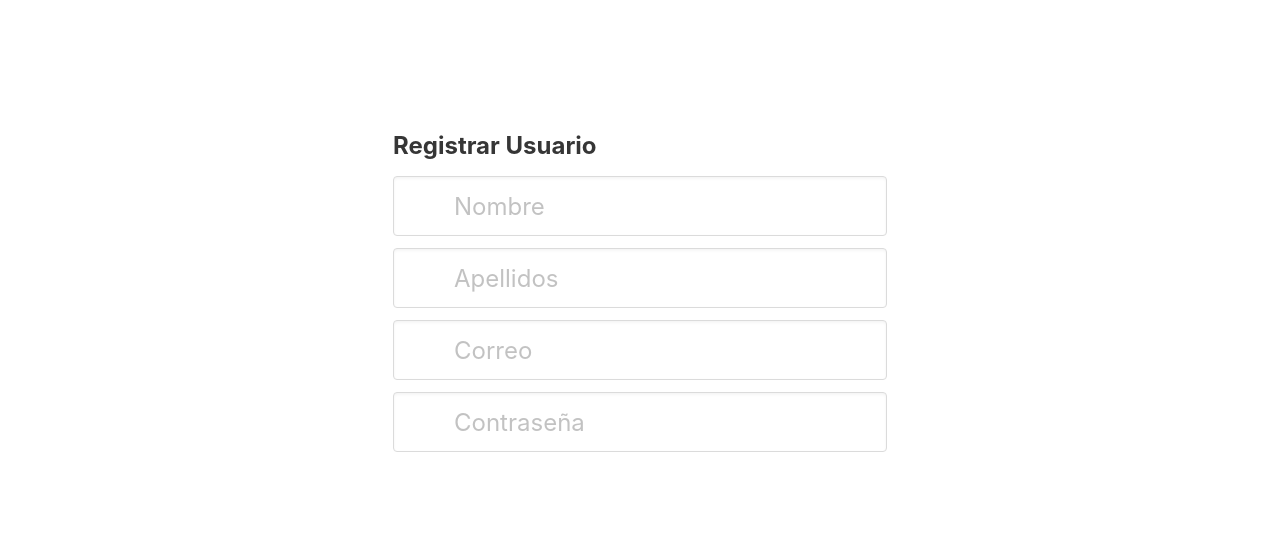
Repository: Spawnbig/ProyectoEspTec1
Page: /
The author's editor kept a copy of each file at every save. The page is drawn from the files as they stood at one save, then again after the next save.
The browser window is 1280 px wide. The pictures show the whole page.
The project was rebuilt for these pictures with package versions that can differ from the ones it lists, and the page was loaded fresh each time. Also part of the build but not shown: vite.config.js, src/views/Dashboard.vue.

Above is the page before, as saved 2022-07-08 21:54:17.

After the next save:
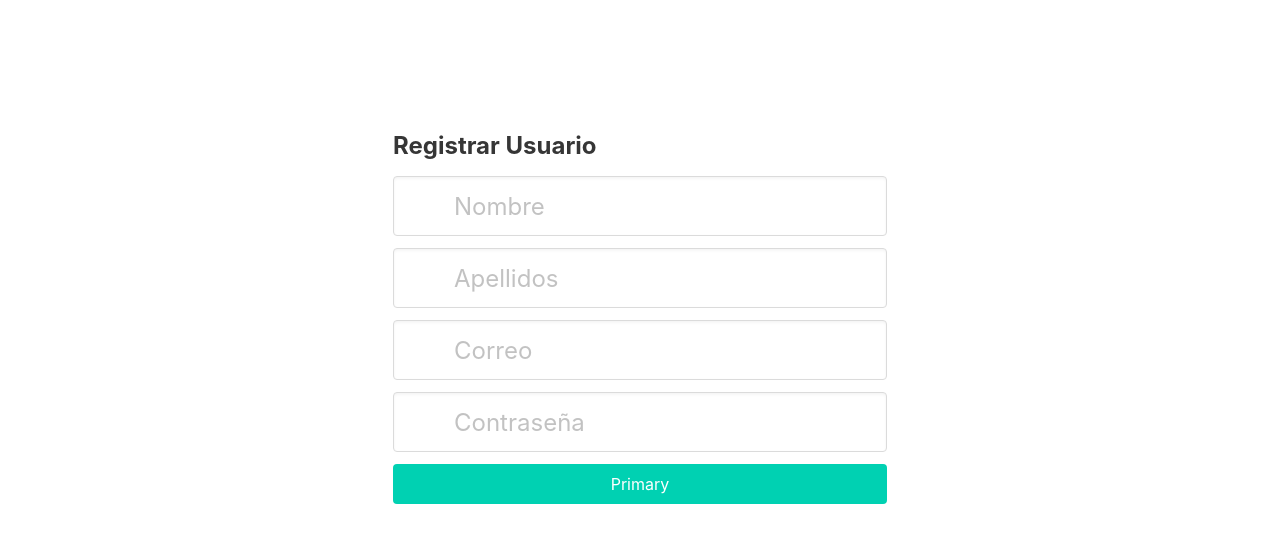
Saved 75 s later.
--- a/src/components/CrearUsuario.vue
+++ b/src/components/CrearUsuario.vue
@@ -3,7 +3,7 @@
 <div class="field">
   <label class="label is-large">Registrar Usuario</label>
   <div class="control has-icons-left has-icons-right">
-    <input class="input is-large" type="name" placeholder="Nombre">
+    <input class="input is-large" type="email" placeholder="Nombre">
     <span class="icon is-small is-left">
       <i class="fas fa-envelope fa-xs"></i>
     </span>
@@ -48,6 +48,7 @@
     </span>
   </div>
 </div>
+<button class="button is-primary">Primary</button>
 </div>
 
 </template>
